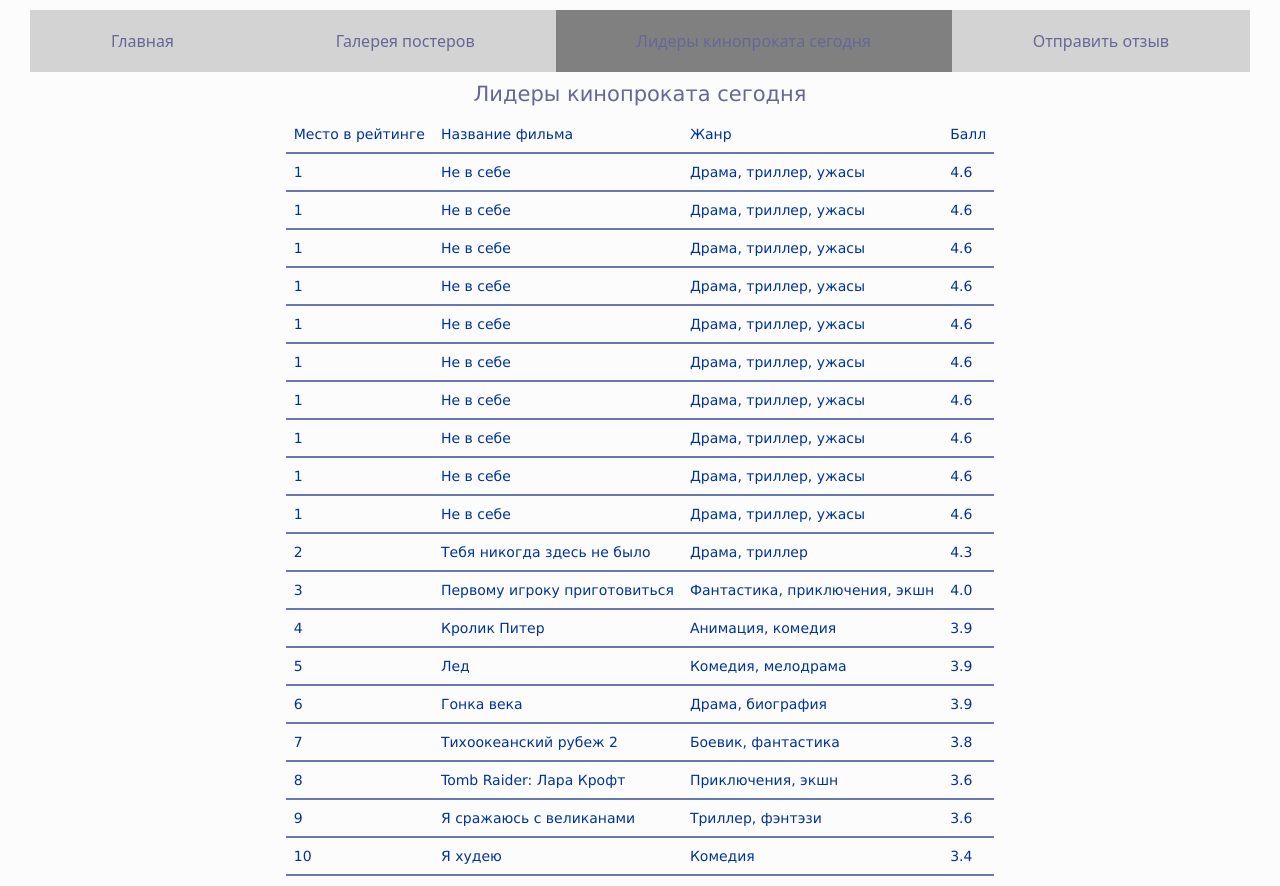
Repository: nasty-97/courseWeb
Page: http://localhost/item_3.php
The author's editor kept a record of every edit. The page is drawn from the files as they stood at one moment, then again after the next edit.
The browser window is 1280 px wide. The pictures show the whole page.
The page is run by PHP 8.4 with error messages shown; the project is at /var/www/html/. The database holds what the project's SQL file puts in it.

Above is the page before.

After the next edit:
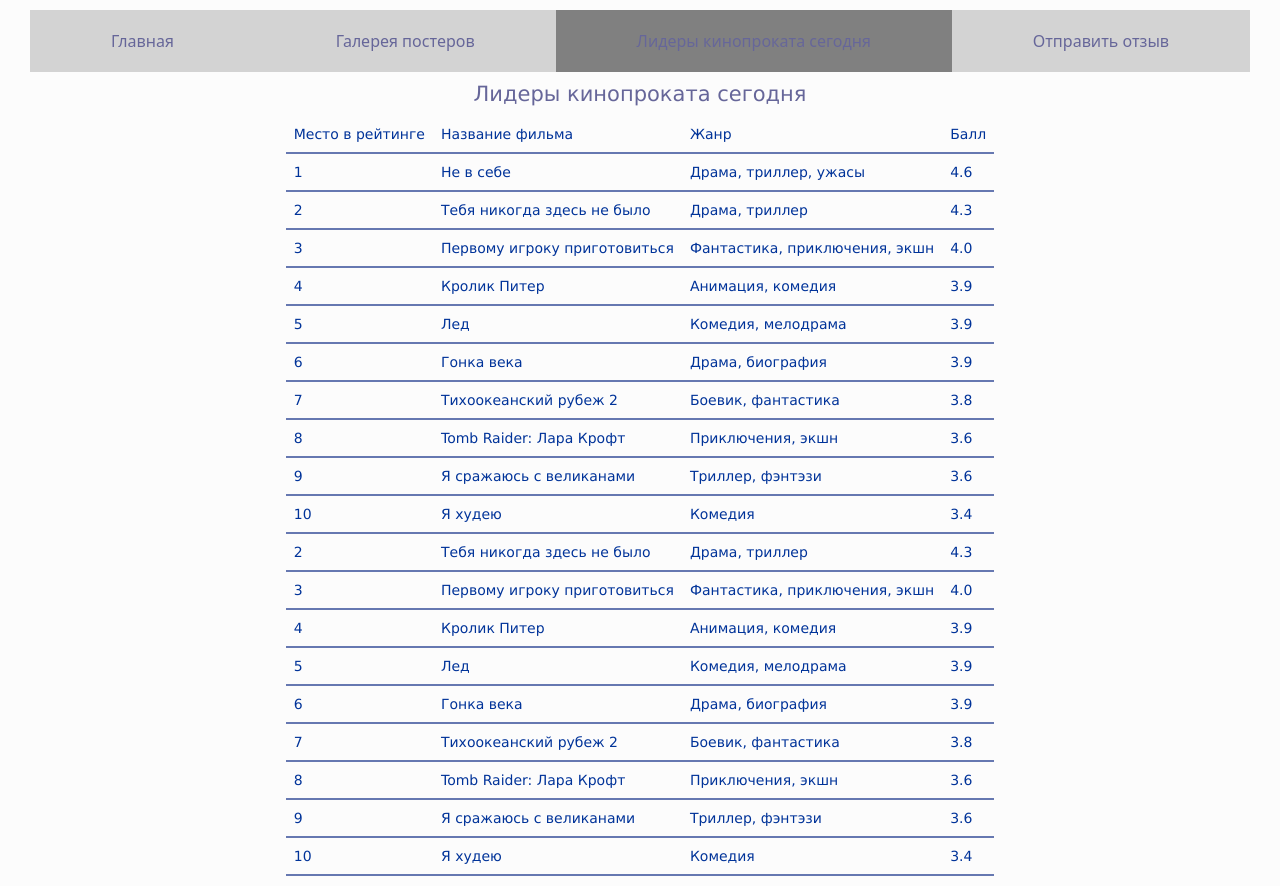
The edit:
--- a/item_3.php
+++ b/item_3.php
@@ -81,10 +81,10 @@
 				<?php while($row = $result->fetch_array(MYSQLI_ASSOC)) {
 				?>
 				<tr>
-					<th>1</th>
-					<th>Не в себе</th>
-					<th>Драма, триллер, ужасы</th>
-					<th>4.6</th>
+					<th><?php echo $row["rating"]?></th>
+					<th><?php echo $row["nameFilm"]?></th>
+					<th><?php echo $row["ganre"]?></th>
+					<th><?php echo $row["point"]?></th>
 				</tr>
 				<?php }
 				?>
